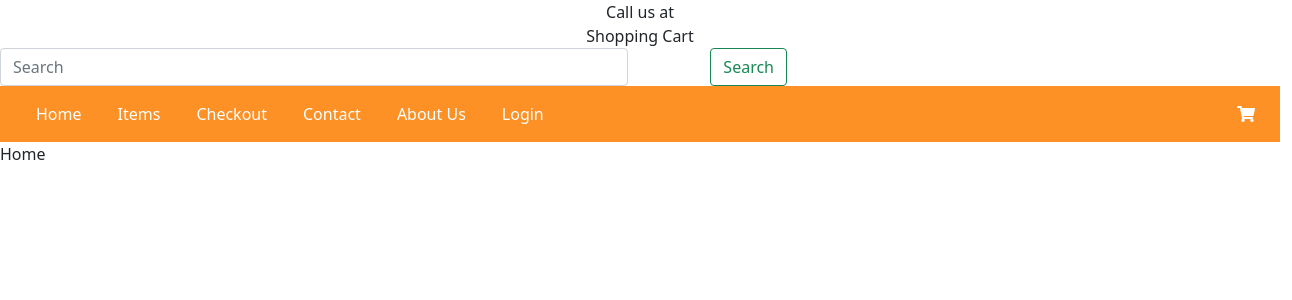
Repository: SaudCh/React-Ecommerce
Page: /
The author's editor kept a copy of each file at every save. The page is drawn from the files as they stood at one save, then again after the next save.
The browser window is 1280 px wide. The page is 1292 px wide, so the pictures cover 1292 px, including what lies to the right of the window. The pictures show the whole page.
The project was rebuilt for these pictures with package versions that can differ from the ones it lists, and the page was loaded fresh each time. Also part of the build but not shown: src/App.css.

Above is the page before, as saved 2021-12-05 12:36:45.

After the next save:
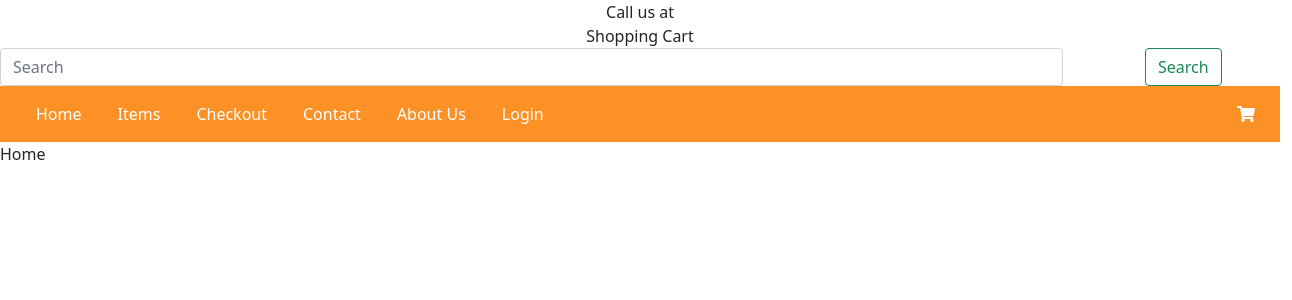
Saved 6 s later.
--- a/src/Header/Header.jsx
+++ b/src/Header/Header.jsx
@@ -17,7 +17,7 @@ export default function Header() {
           </div>
           <div className="col-12 text-center">
             <form class="row my-2 my-lg-0">
-              <div className="col-6">
+              <div className="col-10">
                 <input
                   class="form-control mr-sm-2"
                   type="search"
